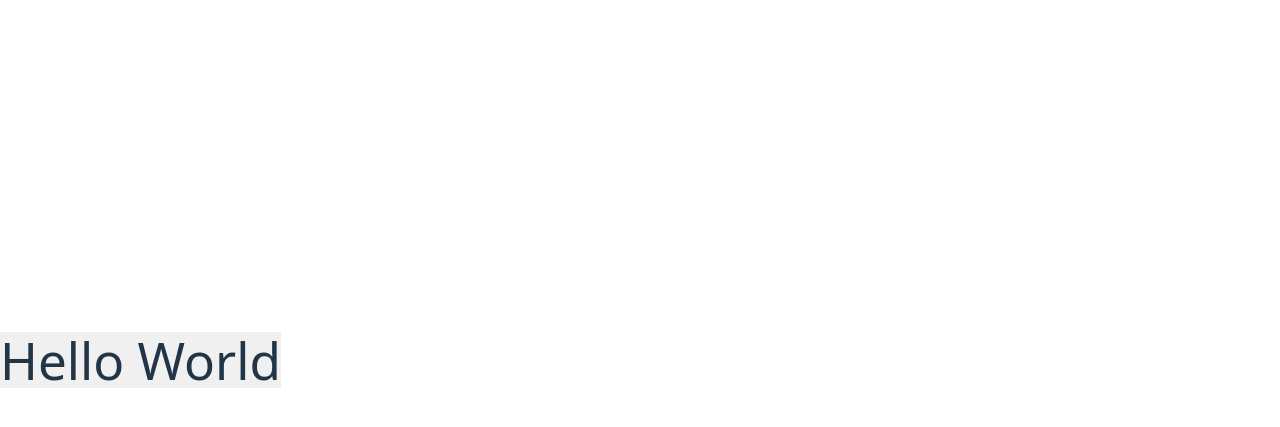
Repository: Kailash-dev/portfolio
Page: /
These files come from the project's save history. The page is drawn as it stood at one moment and after the next save; the edit follows.
The browser window is 1280 px wide. The pictures show the whole page.
The project was rebuilt for these pictures with package versions that can differ from the ones it lists, and the page was loaded fresh each time. Also part of the build but not shown: vite.config.ts.

Above is the page before, as saved 2025-06-13 10:36:56.

### src/main.tsx
import React from 'react';
import ReactDOM from 'react-dom/client';
import { BrowserRouter } from 'react-router-dom';
import App from './App';
import './index.css';
import '@fortawesome/fontawesome-free/css/all.min.css';
ReactDOM.createRoot(document.getElementById('root')!).render(
  <React.StrictMode>
    <BrowserRouter>
      <App />
    </BrowserRouter>
  </React.StrictMode>
);

### src/App.tsx
import React from "react";
import { Routes, Route, Navigate } from "react-router-dom";
import Hero from "./components/Hero";
import Sidebar from "./components/Sidebar";
// (Later you'll import other sections like About, Projects, etc.)

const App = () => {
  return (
    // <div className="container" style={{  }}>
    //   {/* <div style={{ width: "20%" }}>
    //     <Sidebar />
    //   </div>
    //   <div style={{ width: "80%" }}>
    //     <Routes>
    //       <Route path="/" element={<Hero />} />
    //       <Route path="*" element={<Navigate to="/" replace />} />
    //     </Routes>
    //   </div> */}
    //   <div style={{backgroundColor:'blue'}}></div>
    //   <div style={{backgroundColor:'red'}}></div>
    // </div>
    <div style={{ width: '100%', height: '100%', backgroundColor: '#f0f0f0' }}>
      <h1>Hello World</h1>
    </div>
  );
};

export default App;

### src/index.css
@tailwind base;
@tailwind components;
@tailwind utilities;

:root {
  font-family: system-ui, Avenir, Helvetica, Arial, sans-serif;
  line-height: 1.5;
  font-weight: 400;

  color-scheme: light dark;
  color: rgba(255, 255, 255, 0.87);
  background-color: #242424;

  font-synthesis: none;
  text-rendering: optimizeLegibility;
  -webkit-font-smoothing: antialiased;
  -moz-osx-font-smoothing: grayscale;
}

a {
  font-weight: 500;
  color: #646cff;
  text-decoration: inherit;
}
a:hover {
  color: #535bf2;
}

body {
  margin: 0;
  display: flex;
  place-items: center;
  min-width: 320px;
  min-height: 100vh;

}

h1 {
  font-size: 3.2em;
  line-height: 1.1;
}

button {
  border-radius: 8px;
  border: 1px solid transparent;
  padding: 0.6em 1.2em;
  font-size: 1em;
  font-weight: 500;
  font-family: inherit;
  background-color: #1a1a1a;
  cursor: pointer;
  transition: border-color 0.25s;
}
button:hover {
  border-color: #646cff;
}
button:focus,
button:focus-visible {
  outline: 4px auto -webkit-focus-ring-color;
}

@media (prefers-color-scheme: light) {
  :root {
    color: #213547;
    background-color: #ffffff;
  }
  a:hover {
    color: #747bff;
  }
  button {
    background-color: #f9f9f9;
  }
}

Loaded but not shown: index.html (common file); tailwind.config.js (common file)

After the next save:
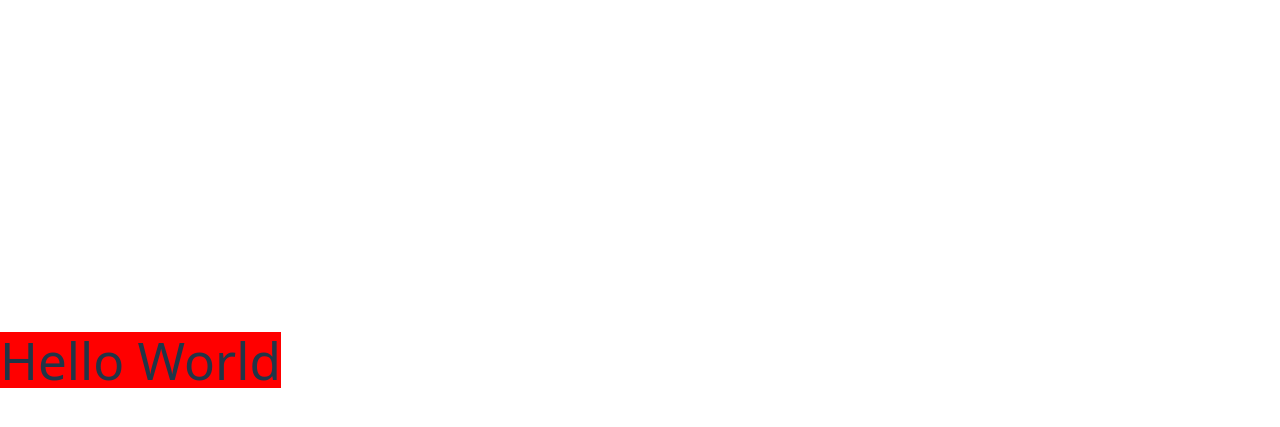
Saved 11 s later.
--- a/src/App.tsx
+++ b/src/App.tsx
@@ -19,7 +19,7 @@ const App = () => {
     //   <div style={{backgroundColor:'blue'}}></div>
     //   <div style={{backgroundColor:'red'}}></div>
     // </div>
-    <div style={{ width: '100%', height: '100%', backgroundColor: '#f0f0f0' }}>
+    <div style={{ width: '100%', height: '100%', backgroundColor: 'red' }}>
       <h1>Hello World</h1>
     </div>
   );
